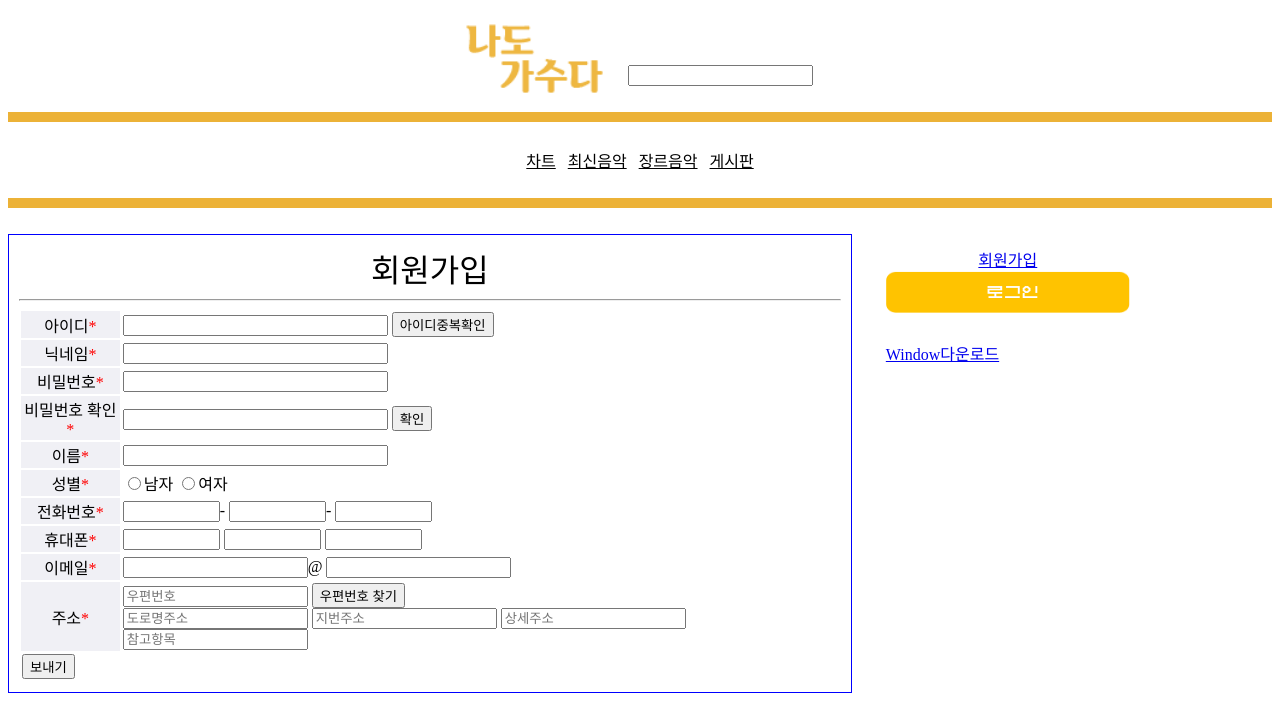
Repository: Ea-Bell/GraduationPortfolio
Page: http://localhost/WebTest/webTest/View/login/signUp.jsp
These files come from the project's save history. The page is drawn as it stood at one moment and after the next save; the edit follows.
The browser window is 1280 px wide. The pictures show the whole page.
The page is served by Tomcat 9. Nobody is signed in. The application's start-up code is not run. Other server files are loaded and not shown.

Above is the page before, as saved 2020-09-16 08:20:01.

### WEB_Server/WebTest/WebContent/webTest/View/login/signUp.jsp
<%@ page language="java" contentType="text/html; charset=UTF-8"
	pageEncoding="UTF-8"%>
<%@ taglib uri="http://java.sun.com/jsp/jstl/core" prefix="c"%>
<!DOCTYPE html>
<html>
<head>

<meta charset="UTF-8">
<title>회원가입</title>
<link rel="stylesheet" type="text/css" href="../../Model/login/info.css" />
</head>
<%-- 기본 기능 스크립트--%>
<script type="text/javascript" src="../../Model/login/info.js"></script>

<%-- 다음 주소 스크립트--%>
<script
	src="https://t1.daumcdn.net/mapjsapi/bundle/postcode/prod/postcode.v2.js"></script>

<body>

<header>
	<div align="center">

		<form action="mainForm.jsp" method="post">
			<!-- 헤더 -->

				<a href="/index" style="background: white;">
					 <img src="/webTest/img/logo.png"
					 style="position: relative; top: 15px; left: 0px; width: 140px; width:140px"></a>
					  <input type="text" onclick=""
					style="position: relative; left: 20px;">
				&nbsp;&nbsp;&nbsp;&nbsp;&nbsp; <br>
				<br>

				<hr id="head_line" size="10px" color="#ECB237">

				<br> <a href="" onmouseover="TextMover()"
					onmouseout="TextMount()" id="nav" style="color: black;">차트</a>
				&nbsp; <a href="/webTest/View/fileUpLoad/fileList.jsp" onmouseover="TextMover2()"
					onmouseout="TextMount2()" id="nav2" style="color: black;">최신음악</a>
				&nbsp; <a href="" onmouseover="TextMover3()"
					onmouseout="TextMount3()" id="nav3" style="color: black;">장르음악</a>
						&nbsp; <a href="/webTest/article/list.jsp"  id="nav3" style="color: black;">게시판</a>
				<br>
				<br>
		</form>



	</div>
</header>
		<hr id="head_line" size="10px" color="#ECB237">
		<br>
	<!-- 콘텐츠 -->

	<div id="content"  style="border:1px solid blue; padding:10px; width: 65%;  float: left;" >


<aside id="main_bside" style="background-color: black;">

		</aside>

<form action="" name="join" method="post">
		<div align="center">
			<span> <font size="6px">회원가입</font>
			</span>
			<hr>
		</div>
		<div align="center">
			<table>
				<tr>
					<td align="center" id="iColor">아이디<span id="iSpan">*</span></td>
					<td><input type="text" size="30" name="id" value="${param.id}">
						<input type="submit" value="아이디중복확인" name="btn1" onclick="Btn(1)">
					</td>
				</tr>
				<tr>
					<td align="center" id="iColor">닉네임<span id="iSpan">*</span></td>
					<td><input type="text" size="30" name="nickname"> <c:if
							test="${errors.nickname }">닉네임을 입력하시오.</c:if></td>
				</tr>
				<tr>
					<td align="center" id="iColor">비밀번호<span id="iSpan">*</span></td>
					<td><input type="password" size="30" name="pw"> <c:if
							test="${errors.pw}}">암호를 입력하시오</c:if></td>
				</tr>
				<tr>
					<td align="center" id="iColor">비밀번호 확인<span id="iSpan">*</span></td>
					<td><input type="password" size="30"> <input type="submit"
						value="확인" name="confirmPw" onclick="Btn(3)"> <c:if
							test="${errors.confirmPw}">암호를 입력하시오.</c:if></td>
				</tr>
				<tr>
					<td align="center" id="iColor">이름<span id="iSpan">*</span></td>
					<td><input type="text" size="30" name="name"
						value="${param.name}"> <c:if test="${errors.name} }"></c:if>
					</td>
				</tr>

							<!-- 성별에서 디비 오류남 -->
				<tr>
					<td align="center" id="iColor">성별<span id="iSpan">*</span></td>
					<td><input type="radio" name="gender" value="남">남자 <input
						type="radio" name="gender" value="여">여자 <c:if
							test="${errors.gender}">성별을 클릭하시오.</c:if></td>
				</tr>
				<tr>
					<td align="center" id="iColor">전화번호<span id="iSpan">*</span></td>
					<td><input type="text" size="9" name="tel1">- <input
						type="text" size="9" name="tel2">- <input type="text"
						size="9" name="tel3"> <c:if test="${errors.tel }">전화번호를 입력하시오</c:if>
					</td>
				</tr>
				<tr>
					<td align="center" id="iColor">휴대폰<span id="iSpan">*</span></td>
					<td><input type="text" size="9" name="phone1"> <input
						type="text" size="9" name="phone2"> <input type="text"
						size="9" name="phone3"> <c:if test="${errors.phone}">번호를 입력하시오</c:if>
					</td>
				</tr>
				<tr>
					<td align="center" id="iColor">이메일<span id="iSpan">*</span></td>


			<td>
			<input type="text" name ="email1">@
			<input type="text" name ="email2">

			</td>
				<%-- 테스트 해야한다
<!-- 이메일  오류 있으니 이메일 체인지 찾아서 수정해서 완료할것(완료시 주석 삭제 요청함) -->

					<td>

						<input type="text" name="email1" onfocus="this.value='';"> @
						<input type="text" name="email2" value="" disabled>
						 <select name="email1" onchange="email_change()">
							<!--     <option value="0" >선택하세요</option> -->
							<option id="email2" value="9">직접입력</option>

							<option value="naver.com">naver.com</option>

							<option value="nate.com">nate.com</option>
					</select> <!-- 이메일끝 요기서 이메일 텍스트 부분을 3가지로 나눠서 생각하시오 --> <c:if
							test="errors.email">이메일을 입력하시오</c:if>
					</td>

					 --%>
				</tr>
				<tr>
					<td align="center" id="iColor">주소<span id="iSpan">*</span></td>

					<td><input type="text" id="sample4_postcode" name="addr1"
						placeholder="우편번호"> <input type="button"
						onclick="sample4_execDaumPostcode()" value="우편번호 찾기"><br>

						<input type="text" id="sample4_roadAddress" name="addr2"
						placeholder="도로명주소"> <input type="text"
						id="sample4_jibunAddress" name="addr3" placeholder="지번주소">

						<span id="guide" style="color: #999; display: none"></span> <input
						type="text" id="sample4_detailAddress" name="addr4"
						placeholder="상세주소"> <input type="text"
						id="sample4_extraAddress" name="addr5" placeholder="참고항목">
						<c:if test="errors.addr">주소를 입력하시오</c:if></td>
				</tr>
				<tr>
					<td><input type="submit" value="보내기" name="btn2"
						onclick="Btn(2)"></td>
				</tr>
			</table>
		</div>
	</form>
	</div>



	<div style="padding:10px; width: 30%; float: right;">
		<aside id="main_aside">

			<table border="0">
				<tr>
					<td><c:if test="${empty authUser }">
							<div align="center"><a href=""></a> <a href="/webTest/login/signUp.jsp">회원가입</a></div>
							<a href="/webTest/login/login.jsp" ><img alt="" src="/webTest/img/login/login.png" style="height: 42px; width: 244px;"></a>
							<br>

						</c:if> <c:if test="${!empty authUser}">
				${authUser.nickname}님, 안녕하세요.<br />
							<a href="/LogoutHandler">[로그아웃하기]</a>
							<a href="changePwdForm.jsp">[암호변경하기]</a>
									&nbsp;&nbsp;&nbsp;&nbsp;&nbsp;&nbsp;&nbsp;&nbsp;&nbsp;&nbsp;<a href="/webTest/list/newMusicForm.jsp">[마이페이지]</a>
						</c:if></td>
				</tr>
			</table>

			<br>
			<table border="0">
				<tr>

					<td>
				<a href="/webTest/나는가수다.msi" download=>Window다운로드</a>
					</td>

				</tr>
			</table>

		</aside>
		</div>



	<!-- 바텀 -->
	<div align="center">



	</div>

</body>
</html>

### WEB_Server/WebTest/WebContent/webTest/Model/login/info.css
@charset "UTF-8";

#iColor
{
	background-color: #f0f0f5;
}
#iSpan
{
	color: red;
	align-content: center;
}

### WEB_Server/WebTest/WebContent/webTest/Model/login/info.js
/**
 *
 */




function email_change(){

/*
if(document.join.email.options[document.join.email.selectedIndex].value == '0'){

 document.join.email2.disabled = true;

 document.join.email2.value = " ";
 dovument.join.email2.text = "";
}
*/



}
	function pwErrorCheck(){
	    var pw = document.join.wUserPW.value;
	    //var confirmPW = document.join.wUserPWConfirm.value;
	    if (pw.length < 6 || pw.length > 16) {
	        window.alert('비밀번호는 6글자 이상, 16글자 이하만 이용 가능합니다.');
	        document.join.pw.value =""
	        document.join.pwCheck.value="";
	        document.join.pw.focus();
	    }
	}


	function isSame(){
		var pw = document.join.pw.value;
	    var confirmPW = document.join.confirmPW.value;
		if(pw !="" && confirmPW!="") {
	        if(pw == confirmPW) {
	        	  document.getElementById('check').innerHTML='비밀번호가 일치합니다.'
	              document.getElementById('check').style.color='blue';
	        }
	        else {
	        	document.getElementById('check').innerHTML='비밀번호가 일치하지 않습니다.';
	            document.getElementById('check').style.color='red';
	        }
	    }
	}




function SetEmailTail(emailValue) {
	  if ( emailValue == "notSelected" ){
		  document.join.email2.readOnly = true;
		  document.join.email2.value = "";
	  }
	  else if ( emailValue == "etc" ) {
		  document.join.email2.readOnly = false;
		  document.join.email2.value = "";
	  } else {
		  document.join.email2.readOnly = true;
		  document.join.email2.value = emailValue;
	  }
}


function Btn(index){

	if(index ==1){
		document.join.method="post"
		document.join.action="../../test/test1.jsp";

	}
	else if(index==2)
		{
		document.join.method="post"
			document.join.action="/WebTest/Servlet";
		}
	else if(index ==3)
		{document.join.method="post"
		document.join.action="../../test/test3.jsp";
		}
	document.join.submit();
}



//본 예제에서는 도로명 주소 표기 방식에 대한 법령에 따라, 내려오는 데이터를 조합하여 올바른 주소를 구성하는 방법을 설명합니다.
function sample4_execDaumPostcode() {
    new daum.Postcode({
        oncomplete: function(data) {
            // 팝업에서 검색결과 항목을 클릭했을때 실행할 코드를 작성하는 부분.

            // 도로명 주소의 노출 규칙에 따라 주소를 표시한다.
            // 내려오는 변수가 값이 없는 경우엔 공백('')값을 가지므로, 이를 참고하여 분기 한다.
            var roadAddr = data.roadAddress; // 도로명 주소 변수
            var extraRoadAddr = ''; // 참고 항목 변수

            // 법정동명이 있을 경우 추가한다. (법정리는 제외)
            // 법정동의 경우 마지막 문자가 "동/로/가"로 끝난다.
            if(data.bname !== '' && /[동|로|가]$/g.test(data.bname)){
                extraRoadAddr += data.bname;
            }
            // 건물명이 있고, 공동주택일 경우 추가한다.
            if(data.buildingName !== '' && data.apartment === 'Y'){
               extraRoadAddr += (extraRoadAddr !== '' ? ', ' + data.buildingName : data.buildingName);
            }
            // 표시할 참고항목이 있을 경우, 괄호까지 추가한 최종 문자열을 만든다.
            if(extraRoadAddr !== ''){
                extraRoadAddr = ' (' + extraRoadAddr + ')';
            }

            // 우편번호와 주소 정보를 해당 필드에 넣는다.
            document.getElementById('sample4_postcode').value = data.zonecode;
            document.getElementById("sample4_roadAddress").value = roadAddr;
            document.getElementById("sample4_jibunAddress").value = data.jibunAddress;

            // 참고항목 문자열이 있을 경우 해당 필드에 넣는다.
            if(roadAddr !== ''){
                document.getElementById("sample4_extraAddress").value = extraRoadAddr;
            } else {
                document.getElementById("sample4_extraAddress").value = '';
            }

            var guideTextBox = document.getElementById("guide");
            // 사용자가 '선택 안함'을 클릭한 경우, 예상 주소라는 표시를 해준다.
            if(data.autoRoadAddress) {
                var expRoadAddr = data.autoRoadAddress + extraRoadAddr;
                guideTextBox.innerHTML = '(예상 도로명 주소 : ' + expRoadAddr + ')';
                guideTextBox.style.display = 'block';

            } else if(data.autoJibunAddress) {
                var expJibunAddr = data.autoJibunAddress;
                guideTextBox.innerHTML = '(예상 지번 주소 : ' + expJibunAddr + ')';
                guideTextBox.style.display = 'block';
            } else {
                guideTextBox.innerHTML = '';
                guideTextBox.style.display = 'none';
            }
        }
    }).open();
}

### WEB_Server/WebTest/WebContent/webTest/Model/mainForm/mainForm.css
@charset "UTF-8";
body{
	position: relative;
}

*{ margin:0; padding :0;}

img{border: 0; width:16px ; height: 16 px;}


#content{
	/* 중앙 정렬*/
	width: 960px;

	/* 수평 레이아웃 구성 */
	overflow: hidden;
}
#content > #main_section
{
	width: 650px;
	float: left;			/* 왼쪽에 붙입니다*/
}

#content > #main_aside{
	height:30%;
	width : 25%;
	float: right;           /*오른쪽에 붙입니다.*/
	margin-bottom: 20px;
	padding: 10px;

	color: #ff8000;


}



#content > #main_bside{

	width : 30%;
	height:0%;
	float: left;           /*왼쪽에 붙입니다.*/
	margin-bottom: 20px;
	padding: 10px;


}
#content > #main_cside{
	width :70%;
	height: 0%;
	float: none;           /*가운데에 붙입니다.*/
	margin-bottom: 20px;
	padding: 10px;
	border: 1px solid #e4e4e4;
	color: #ff8000;
	background-color:ff8000;
}

#textcolor{
	border: 1px solid #e4e4e4;
	color: #ff8000;
	background-color:ff8000;
}

#hr
{

}
#nav
{
	 font-family: ""
}
#winFont{
	font-family: "돋음";
	color: #1A1A1A;
}
a {
  text-decoration: none;
}

### WEB_Server/WebTest/WebContent/webTest/Model/mainForm/mainForm.js
/**
 *
 */

//문자나 이미지가 밖으로 나갔을경우
function TextMover() {
	var dama = document.getElementById('nav');
	dama.style.color="Red";
}
function ImgMover() {

}
function TextMover2() {
	var dama = document.getElementById('nav2');
	dama.style.color="Red";
}
function TextMover3() {
	var dama = document.getElementById('nav3');
	dama.style.color="Red";
}
//문자나 이미지가 밖으로 갔을경우
function TextMount() {
	var dama = document.getElementById('nav');
	dama.style.color="Black";
}
function TextMount2() {
	var dama = document.getElementById('nav2');
	dama.style.color="Black";
}
function TextMount3() {
	var dama = document.getElementById('nav3');
	dama.style.color="Black";
}
function ImgMount() {

}

After the next save:
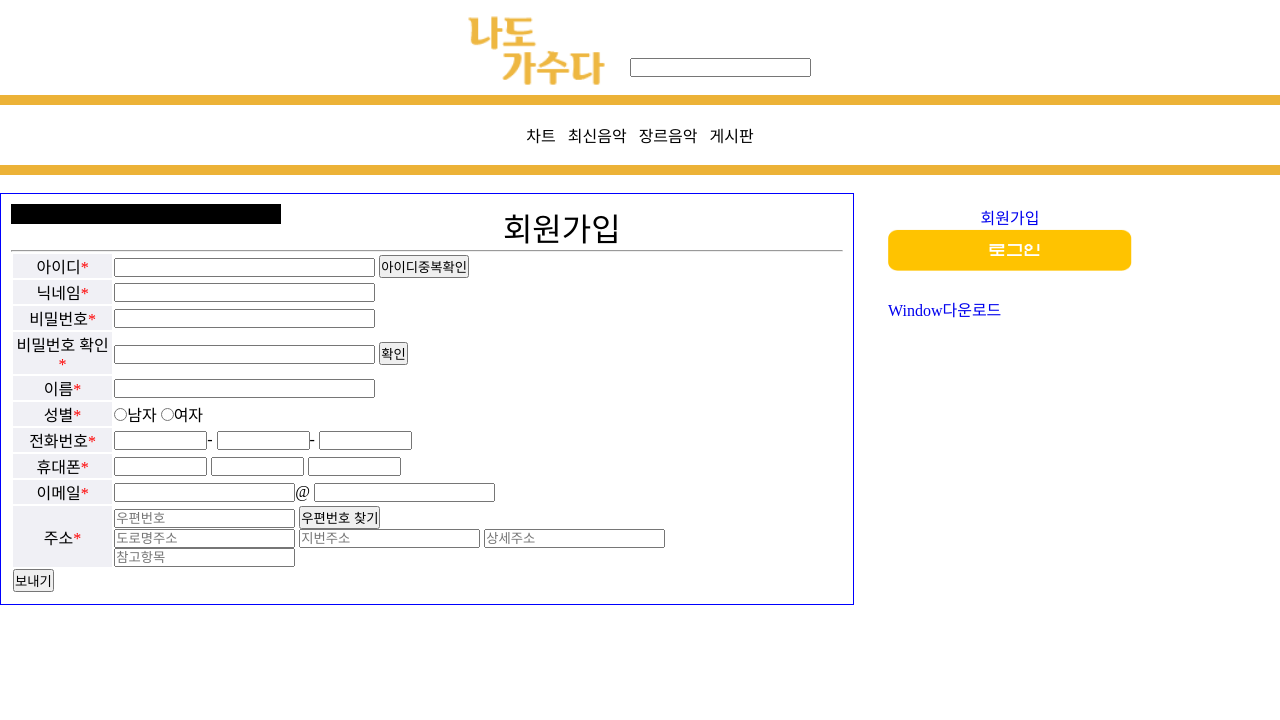
Saved 56 s later.
--- a/WEB_Server/WebTest/WebContent/webTest/View/login/signUp.jsp
+++ b/WEB_Server/WebTest/WebContent/webTest/View/login/signUp.jsp
@@ -8,6 +8,9 @@
 <meta charset="UTF-8">
 <title>회원가입</title>
 <link rel="stylesheet" type="text/css" href="../../Model/login/info.css" />
+<link rel="stylesheet" type="text/css"
+	href="/webTest/Model/mainForm/mainForm.css" />
+<script type="text/javascript" src="/webTest/Model/mainForm/mainForm.js"></script>
 </head>
 <%-- 기본 기능 스크립트--%>
 <script type="text/javascript" src="../../Model/login/info.js"></script>
